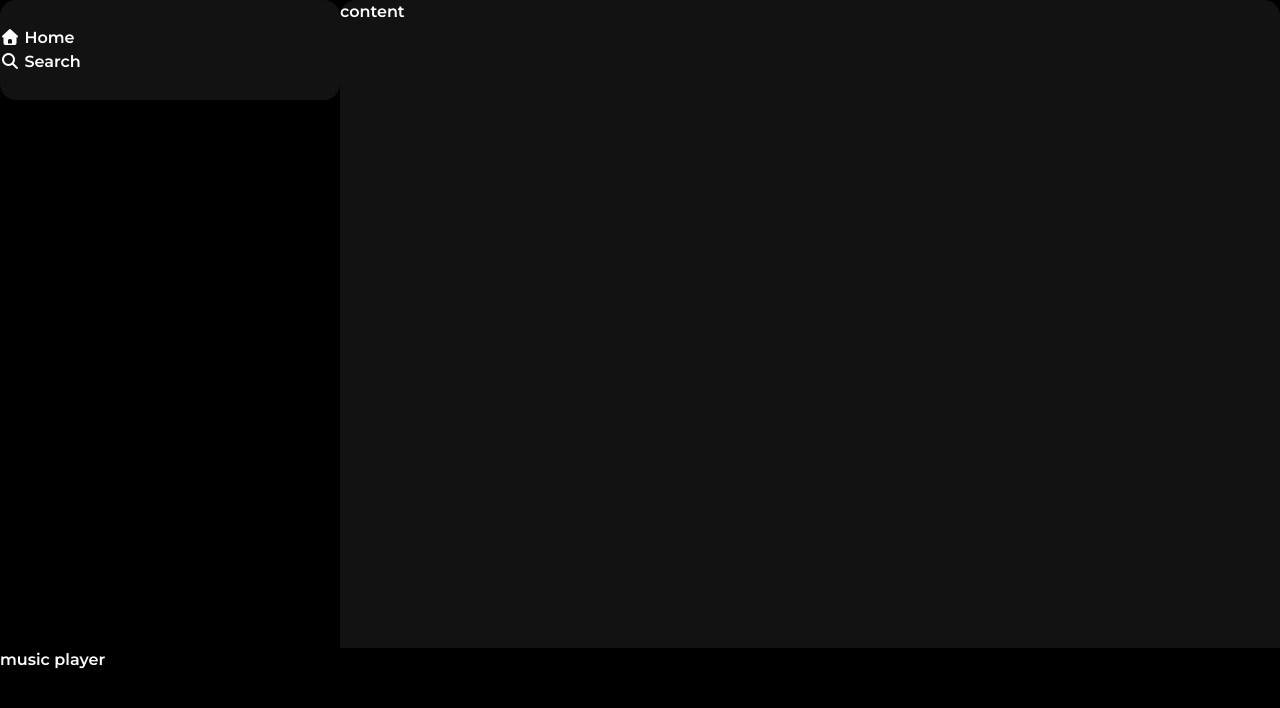
Repository: ketanBisht/spotifyFrontEnd
Page: index.html
An editor plug-in stored every save of this project. The page is shown before and after the next save, followed by the edit.
The browser window is 1280 px wide. The pictures show the whole page.
Some web fonts or font styles are not loaded; a fallback is used. Some web libraries are served in a nearby version.

Above is the page before, as saved 2025-08-17 20:55:00.

After the next save:
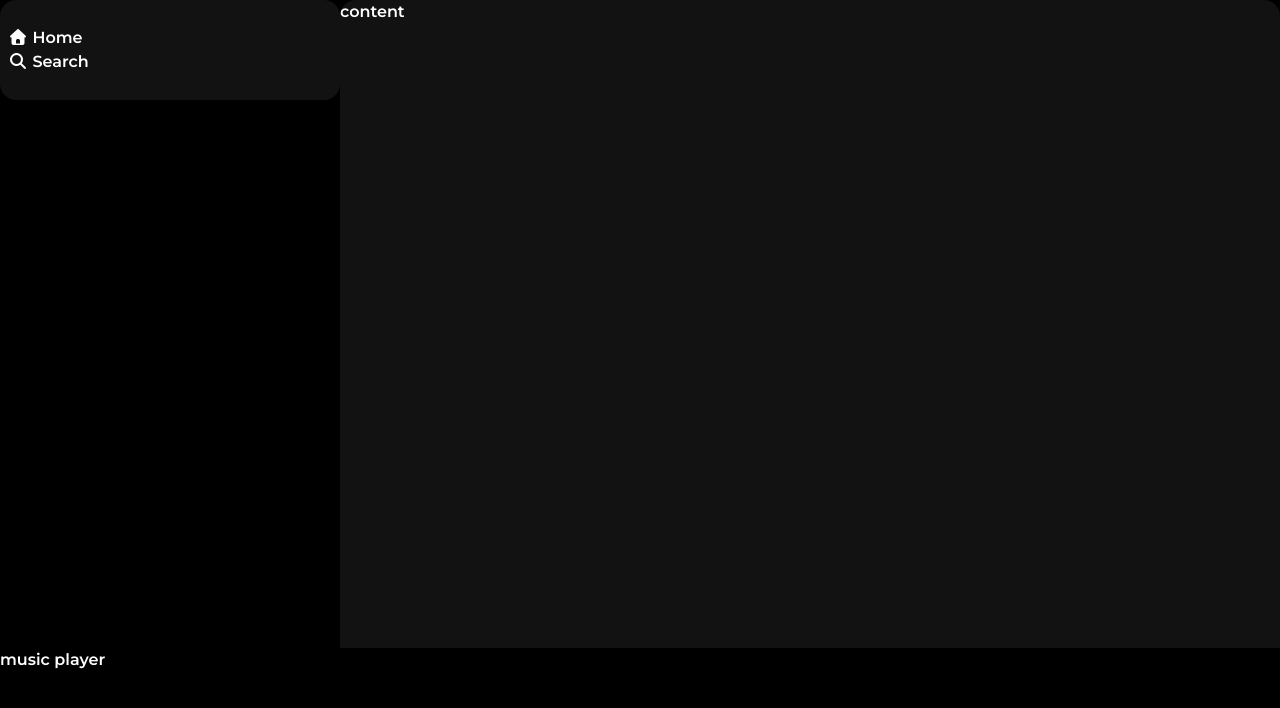
Saved 5 s later.
--- a/style.css
+++ b/style.css
@@ -56,5 +56,5 @@ a{
     flex-direction: column;
     justify-content: center;
     height: 100px;
-    padding: ;
+    padding: 0.5rem ;
 }
